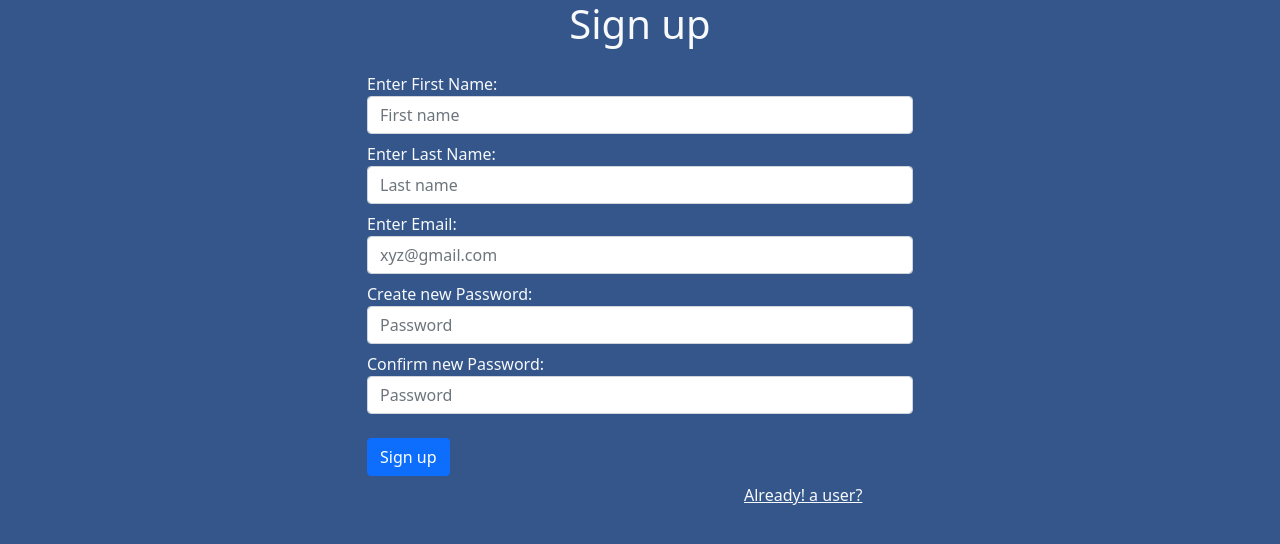
Repository: paresh-art/MyWebsite
Page: http://localhost/com.website/signup.jsp
An editor plug-in stored every save of this project. The page is shown before and after the next save, followed by the edit.
The browser window is 1280 px wide. The pictures show the whole page.
The page is served by Tomcat 9. Other server files are loaded and not shown.

Above is the page before, as saved 2022-11-08 09:01:02.

### com.website/src/main/webapp/signup.jsp
<%@ page language="java" contentType="text/html; charset=UTF-8"
	pageEncoding="UTF-8"%>
<!doctype html>
<html lang="en">
<head>
<!-- Required meta tags -->
<meta charset="utf-8">
<meta name="viewport" content="width=device-width, initial-scale=1">
<!-- Bootstrap CSS -->
<link
	href="https://cdn.jsdelivr.net/npm/bootstrap@5.0.2/dist/css/bootstrap.min.css"
	rel="stylesheet"
	integrity="sha384-EVSTQN3/azprG1Anm3QDgpJLIm9Nao0Yz1ztcQTwFspd3yD65VohhpuuCOmLASjC"
	crossorigin="anonymous">

<title>Sign up page</title>
</head>
<body style="background-color: #34568B;">
	<div class="container">
		<h1 class="mx-auto text-center text-light">Sign up</h1>
		<form action="signup" class="mt-4" method="post">
			<div class="row">
				<div class="col-lg-6 col-md-8 col-sm-12 mx-auto text-light">
					Enter First Name:<input type="text" class="form-control"
						placeholder="First name" name="fname" >
				</div>
			</div>

			<div class="row mt-2">
				<div class="col-lg-6 col-md-8 col-sm-12 mx-auto text-light">
					Enter Last Name:<input type="text" class="form-control"
						placeholder="Last name" name="lname">
				</div>
			</div>
			<div class="row mt-2">
				<div class="col-lg-6 col-md-8 col-sm-12 mx-auto text-light">
					Enter Email:<input type="text" class="form-control"
						placeholder="xyz@gmail.com" name="email" >
				</div>
			</div>
			<div class="row mt-2">
				<div class="col-lg-6 col-md-8 col-sm-12 mx-auto text-light">
					Create new Password:<input type="password" class="form-control"
						placeholder="Password">
				</div>
			</div>
			<div class="row mt-2">
				<div class="col-lg-6 col-md-8 col-sm-12 mx-auto text-light">
					Confirm new Password:<input type="password" class="form-control"
						placeholder="Password" name="password" >
				</div>
			</div>
			<br>
			<div class="row">
				<div class="col-lg-6 col-md-8 col-sm-12 mx-auto text-light">
					<button class="btn btn-primary " type="submit">Sign up</button>
					<a href="signIn.jsp" class="btn btn-link offset-8 text-light">Already! a user?</a>
				</div>

			</div>
		</form>
	</div>

	<!-- Optional JavaScript; choose one of the two! -->

	<!-- Option 1: Bootstrap Bundle with Popper -->
	<script
		src="https://cdn.jsdelivr.net/npm/bootstrap@5.0.2/dist/js/bootstrap.bundle.min.js"
		integrity="sha384-MrcW6ZMFYlzcLA8Nl+NtUVF0sA7MsXsP1UyJoMp4YLEuNSfAP+JcXn/tWtIaxVXM"
		crossorigin="anonymous"></script>

	<!-- Option 2: Separate Popper and Bootstrap JS -->
	<!--
    <script src="https://cdn.jsdelivr.net/npm/@popperjs/core@2.9.2/dist/umd/popper.min.js" integrity="sha384-IQsoLXl5PILFhosVNubq5LC7Qb9DXgDA9i+tQ8Zj3iwWAwPtgFTxbJ8NT4GN1R8p" crossorigin="anonymous"></script>
    <script src="https://cdn.jsdelivr.net/npm/bootstrap@5.0.2/dist/js/bootstrap.min.js" integrity="sha384-cVKIPhGWiC2Al4u+LWgxfKTRIcfu0JTxR+EQDz/bgldoEyl4H0zUF0QKbrJ0EcQF" crossorigin="anonymous"></script>
    -->
</body>
</html>

After the next save:
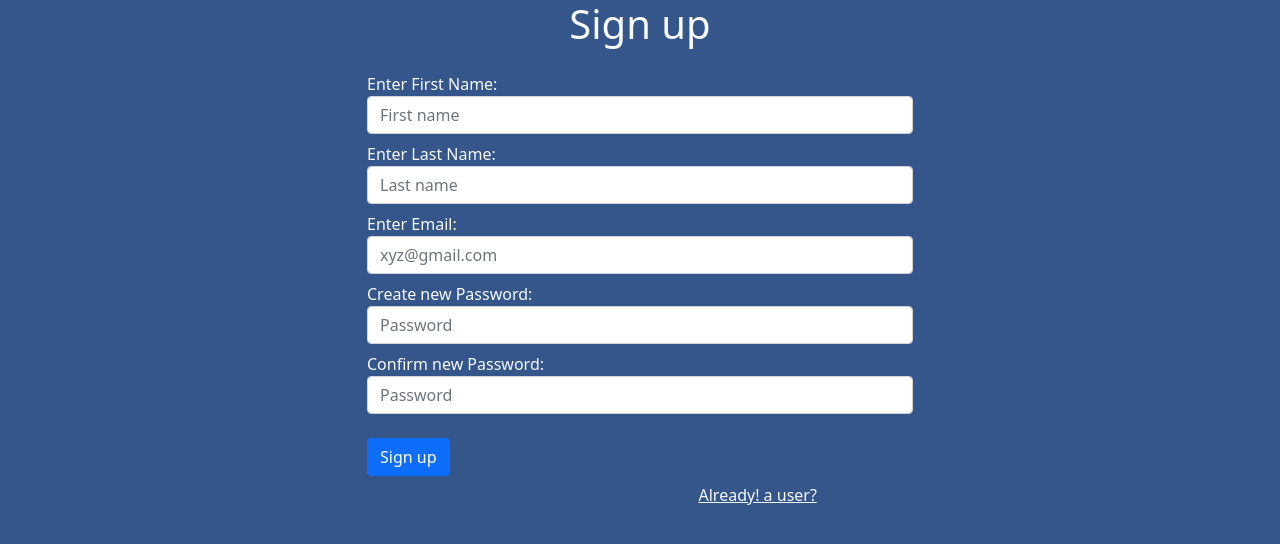
Saved 47 s later.
--- a/com.website/src/main/webapp/signup.jsp
+++ b/com.website/src/main/webapp/signup.jsp
@@ -54,7 +54,7 @@
 			<div class="row">
 				<div class="col-lg-6 col-md-8 col-sm-12 mx-auto text-light">
 					<button class="btn btn-primary " type="submit">Sign up</button>
-					<a href="signIn.jsp" class="btn btn-link offset-8 text-light">Already! a user?</a>
+					<a href="signIn.jsp" class="btn btn-link offset-7 text-light">Already! a user?</a>
 				</div>
 
 			</div>
